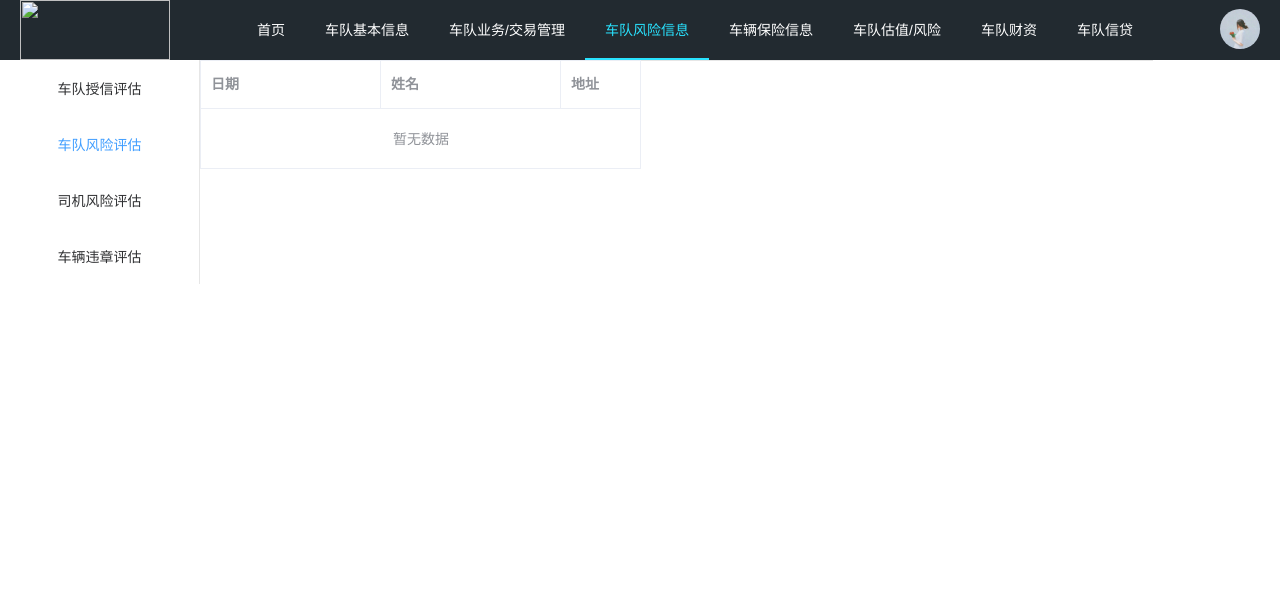
Repository: TheWomanLiketheWind/woodpecker
Page: /
The author's editor kept a copy of each file at every save. The page is drawn from the files as they stood at one save, then again after a run of saves.
The browser window is 1280 px wide. The pictures show the whole page.
The project was rebuilt for these pictures with package versions that can differ from the ones it lists, and the page was loaded fresh each time. Also part of the build but not shown: src/views/menuThird.vue.

Above is the page before, as saved 2019-07-25 17:37:36.

### public/index.html
<!DOCTYPE html>
<html lang="en">
  <head>
    <meta charset="utf-8">
    <meta http-equiv="X-UA-Compatible" content="IE=edge">
    <meta name="viewport" content="width=device-width,initial-scale=1.0">
    <link rel="icon" href="<%= BASE_URL %>favicon.ico">
    <title>woodpecker</title>
  </head>
  <body>
    <noscript>
      <strong>We're sorry but woodpecker doesn't work properly without JavaScript enabled. Please enable it to continue.</strong>
    </noscript>
    <div id="app"></div>
    <!-- built files will be auto injected -->
  </body>
</html>

### src/App.vue
<template>
  <div id="app">
    <router-view />
  </div>
</template>

<style lang="scss">
#app {
  font-family: "Avenir", Helvetica, Arial, sans-serif;
  -webkit-font-smoothing: antialiased;
  -moz-osx-font-smoothing: grayscale;
  text-align: center;
  color: #2c3e50;
  .el-header {
    display: flex;
    justify-content: space-between;
    align-items: center;
  }
}
#nav {
  padding: 30px;
  a {
    font-weight: bold;
    color: #2c3e50;
    &.router-link-exact-active {
      color: #42b983;
    }
  }
}
body {
  margin: 0;
}
</style>

### src/router.ts
import Vue from 'vue'
import Router from 'vue-router'
import Home from './views/Home.vue'
Vue.use(Router)

export default new Router({
  mode: 'history',
  base: process.env.BASE_URL,
  routes: [
    {
      path: '/',
      name: 'home',
      component: Home,
      children: [
        {
          path: '/',
          name: 'menuSecond',
          children: [
            {
              path: '/',
              name: 'menuThird',
              component: () =>
                import(/* webpackChunkName: "about" */ './views/menuThird.vue')
            }
          ],
          component: () =>
            import(/* webpackChunkName: "about" */ './views/menuSecond.vue')
        }
      ]
    }
  ]
})

### src/views/Home.vue
<template>
  <el-container>
    <el-header class="headerAll">
      <img src=""
           class="headImage">
      <el-menu :default-active="activeIndex"
               class="el-menu-demo"
               mode="horizontal"
               background-color="#222a30"
               text-color="#fff"
               active-text-color="#29e2fe"
               @select="handleSelect">
        <el-menu-item v-for="(item, index) in menuList"
                      :key="index"
                      :index="item.index"
                      v-on:listenToChildEvent="menuClick">{{item.name}}</el-menu-item>
      </el-menu>

      <el-dropdown>
        <img src="../assets/headImage.jpg"
             class="drophead" />
        <el-dropdown-menu slot="dropdown">
          <el-dropdown-item>个人信息</el-dropdown-item>
          <el-dropdown-item>退出</el-dropdown-item>
        </el-dropdown-menu>
      </el-dropdown>
    </el-header>
    <!-- <router-link to="/menuSecond">点击跳转</router-link> -->
    <router-view />
  </el-container>
</template>

<script lang="ts">
import { Component, Vue } from "vue-property-decorator";

@Component({
  components: {}
})
export default class Home extends Vue {
  data() {
    return {
      activeIndex: "4",
      menuList: [
        {
          name: "首页",
          index: "1",
          link: ""
        },
        {
          name: "车队基本信息",
          index: "2",
          link: ""
        },
        {
          name: "车队业务/交易管理",
          index: "3",
          link: ""
        },
        {
          name: "车队风险信息",
          index: "4",
          link: ""
        },
        {
          name: "车辆保险信息",
          index: "5",
          link: ""
        },
        {
          name: "车队估值/风险",
          index: "6",
          link: ""
        },
        {
          name: "车队财资",
          index: "7",
          link: ""
        },
        {
          name: "车队信贷",
          index: "8",
          link: ""
        }
      ]
    };
  }

  private handleSelect(key: any, keyPath: any) {
    console.log(key, keyPath);
  }

  menuClick(data: any) {
    this.$router.push(data);
  }
}
</script>

<style lang="scss">
.headerAll {
  background: #222a30;
  .headImage {
    width: 150px;
    height: 100%;
    border: 0;
  }
  .drophead {
    width: 40px;
    height: 40px;
    border-radius: 50%;
  }
}
</style>

### src/views/menuSecond.vue
<template>
  <el-container>
    <el-aside width="200px">
      <el-menu default-active="2"
               class="el-menu-vertical-demo">
        <el-menu-item v-for="(item, index) in filesList.navigeList"
                      :key="index"
                      :index="item.index">
          <span slot="title">{{item.name}}</span>
        </el-menu-item>
      </el-menu>
    </el-aside>
    <main>
      <el-table :data="filesList.navigeList[0].tableData"
                border
                style="width: 100%">
        <el-table-column prop="date"
                         label="日期"
                         width="180">
        </el-table-column>
        <el-table-column prop="name"
                         label="姓名"
                         width="180">
        </el-table-column>
        <el-table-column prop="address"
                         label="地址">
        </el-table-column>
      </el-table>
    </main>
  </el-container>

</template>

<script lang="ts">
import Vue from "vue";
import files from "../jsonFile";

export default Vue.extend({
  data() {
    return {
      filesList: files
    };
  }
});
</script>


<style>
</style>

### src/jsonFile.ts
const fileObject = {
  navigeList: [
    {
      name: '车队授信评估',
      index: '1'
    },
    {
      name: '车队风险评估',
      index: '2'
    },
    {
      name: '司机风险评估',
      index: '3',
      tableData: [
        {
          date: '2016-05-02',
          name: '王小虎',
          address: '上海市普陀区金沙江路 1518 弄'
        },
        {
          date: '2016-05-04',
          name: '王小虎',
          address: '上海市普陀区金沙江路 1517 弄'
        },
        {
          date: '2016-05-01',
          name: '王小虎',
          address: '上海市普陀区金沙江路 1519 弄'
        },
        {
          date: '2016-05-03',
          name: '王小虎',
          address: '上海市普陀区金沙江路 1516 弄'
        }
      ]
    },
    {
      name: '车辆违章评估',
      index: '4'
    }
  ]
}

export default fileObject

Loaded but not shown: src/main.ts (common file); src/store.ts (common file)

After the next 2 saves:
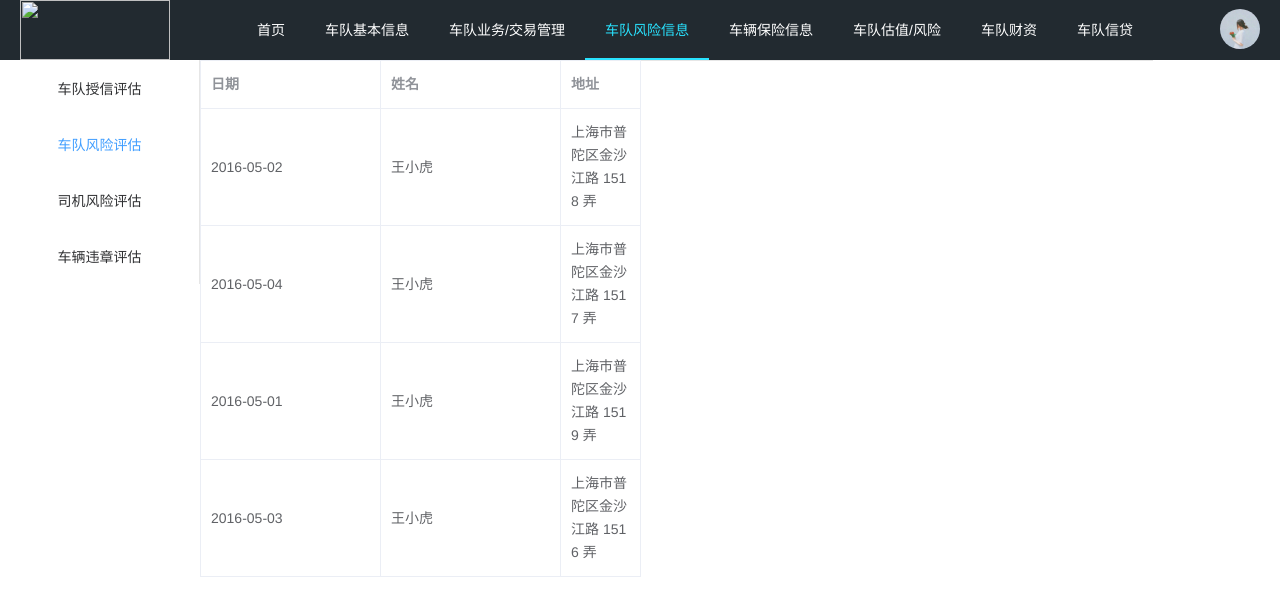
The 2 saves are shown as one change because they came seconds apart.
The last was saved 11 s later.
--- a/src/views/menuSecond.vue
+++ b/src/views/menuSecond.vue
@@ -11,7 +11,7 @@
       </el-menu>
     </el-aside>
     <main>
-      <el-table :data="filesList.navigeList[0].tableData"
+      <el-table :data="filesList.navigeList[2].tableData"
                 border
                 style="width: 100%">
         <el-table-column prop="date"
